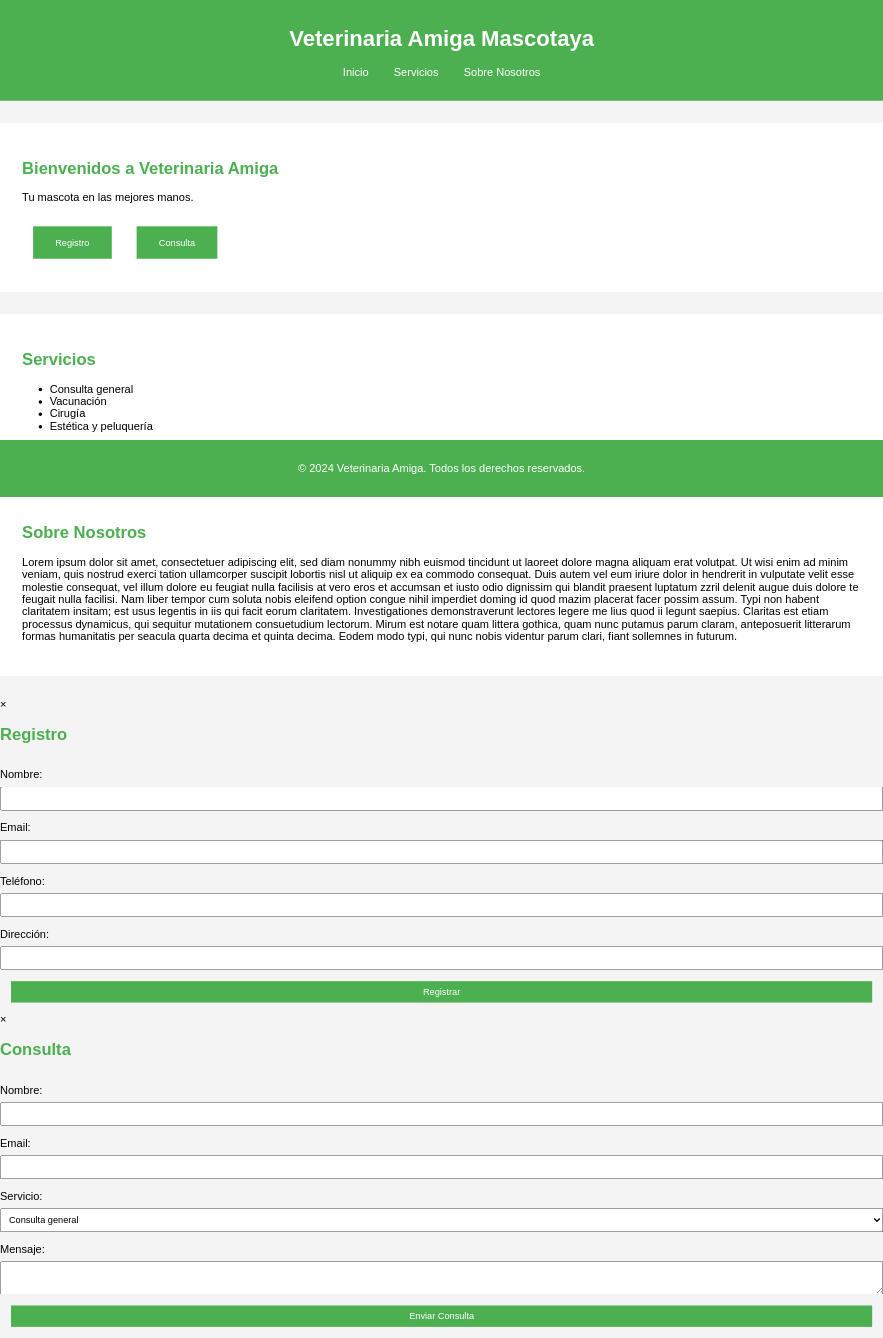
Repository: Lexhon/ProyectoFinal
Page: template/index.html
The author's editor kept a record of every edit. The page is drawn from the files as they stood at one moment, then again after the next edit.
The browser window is 1280 px wide. The pictures show the whole page, at 69% of full size.

Above is the page before.
Not found: static/js/appIndex.js

### template/index.html
<!DOCTYPE html>
<html lang="es">
<head>
    <meta charset="UTF-8">
    <meta name="viewport" content="width=device-width, initial-scale=1.0">
    <title>Veterinaria Amiga</title>
    <link rel="stylesheet" href="../static/css/styleIndex.css" type="text/css" media="all" />
    <script src="../static/js/appIndex.js" type="text/javascript" charset="utf-8"></script>
</head>
<body>
    <header>
        <h1>Veterinaria Amiga Mascotaya</h1>
        <nav>
            <ul>
                <li><a href="#inicio">Inicio</a></li>
                <li><a href="#servicios">Servicios</a></li>
                <li><a href="#sobre-nosotros">Sobre Nosotros</a></li>
            </ul>
        </nav>
    </header>

    <section id="inicio">
        <h2>Bienvenidos a Veterinaria Amiga</h2>
        <p>Tu mascota en las mejores manos.</p>
        <button onclick="document.getElementById('registro-modal').style.display='block'">Registro</button>
        <button onclick="document.getElementById('consulta-modal').style.display='block'">Consulta</button>
    </section>

    <section id="servicios">
        <h2>Servicios</h2>
        <ul>
            <li>Consulta general</li>
            <li>Vacunación</li>
            <li>Cirugía</li>
            <li>Estética y peluquería</li>
        </ul>
    </section>

    <section id="sobre-nosotros">
        <h2>Sobre Nosotros</h2>
        <p>Lorem ipsum dolor sit amet, consectetuer adipiscing elit,
        sed diam nonummy nibh euismod tincidunt ut laoreet dolore
        magna aliquam erat volutpat. Ut wisi enim ad minim veniam,
        quis nostrud exerci tation ullamcorper suscipit lobortis nisl
        ut aliquip ex ea commodo consequat. Duis autem vel eum iriure
        dolor in hendrerit in vulputate velit esse molestie consequat,
        vel illum dolore eu feugiat nulla facilisis at vero eros et
        accumsan et iusto odio dignissim qui blandit praesent luptatum
        zzril delenit augue duis dolore te feugait nulla facilisi.
        Nam liber tempor cum soluta nobis eleifend option congue
        nihil imperdiet doming id quod mazim placerat facer possim
        assum. Typi non habent claritatem insitam; est usus legentis
        in iis qui facit eorum claritatem. Investigationes
        demonstraverunt lectores legere me lius quod ii legunt saepius.
        Claritas est etiam processus dynamicus, qui sequitur mutationem
        consuetudium lectorum. Mirum est notare quam littera gothica,
        quam nunc putamus parum claram, anteposuerit litterarum formas
        humanitatis per seacula quarta decima et quinta decima. Eodem
        modo typi, qui nunc nobis videntur parum clari, fiant sollemnes
        in futurum.</p>
    </section>

    <footer>
        <p>&copy; 2024 Veterinaria Amiga. Todos los derechos reservados.</p>
    </footer>

    <!-- Modal de Registro -->
    <div id="registro-modal" class="modal">
        <div class="modal-content">
            <span class="close" onclick="document.getElementById('registro-modal').style.display='none'">&times;</span>
            <h2>Registro</h2>
            <form>
                <label for="reg-nombre">Nombre:</label>
                <input type="text" id="reg-nombre" name="nombre" required>

                <label for="reg-email">Email:</label>
                <input type="email" id="reg-email" name="email" required>

                <label for="reg-telefono">Teléfono:</label>
                <input type="tel" id="reg-telefono" name="telefono" required>

                <label for="reg-direccion">Dirección:</label>
                <input type="text" id="reg-direccion" name="direccion" required>

                <button type="submit">Registrar</button>
            </form>
        </div>
    </div>

    <!-- Modal de Consulta -->
    <div id="consulta-modal" class="modal">
        <div class="modal-content">
            <span class="close" onclick="document.getElementById('consulta-modal').style.display='none'">&times;</span>
            <h2>Consulta</h2>
            <form>
                <label for="con-nombre">Nombre:</label>
                <input type="text" id="con-nombre" name="nombre" required>

                <label for="con-email">Email:</label>
                <input type="email" id="con-email" name="email" required>

                <label for="con-servicio">Servicio:</label>
                <select id="con-servicio" name="servicio" required>
                    <option value="consulta-general">Consulta general</option>
                    <option value="vacunacion">Vacunación</option>
                    <option value="cirugia">Cirugía</option>
                    <option value="estetica">Estética y peluquería</option>
                </select>

                <label for="con-mensaje">Mensaje:</label>
                <textarea id="con-mensaje" name="mensaje" required></textarea>

                <button type="submit">Enviar Consulta</button>
            </form>
        </div>
    </div>
</body>
</html>

### static/css/styleIndex.css
/* styles.css */
body {
    font-family: Arial, sans-serif;
    margin: 0;
    padding: 0;
    background-color: #f4f4f4;
}

header {
    background-color: #4CAF50;
    color: white;
    padding: 1rem 0;
    text-align: center;
}

nav ul {
    list-style: none;
    padding: 0;
}

nav ul li {
    display: inline;
    margin: 0 1rem;
}

nav ul li a {
    color: white;
    text-decoration: none;
}

section {
    padding: 2rem;
    margin: 2rem 0;
    background-color: white;
}

h2 {
    color: #4CAF50;
}

form {
    display: flex;
    flex-direction: column;
}

form label {
    margin-top: 1rem;
}

form input, form textarea, form select {
    padding: 0.5rem;
    margin-top: 0.5rem;
}

form button {
    margin-top: 1rem;
    padding: 0.5rem;
    background-color: #4CAF50;
    color: white;
    border: none;
    cursor: pointer;
}

footer {
    background-color: #4CAF50;
    color: white;
    text-align: center;
    padding: 1rem 0;
    position: fixed;
    width: 100%;
    bottom: 0;
}

button {
    padding: 1rem 2rem;
    margin: 1rem;
    background-color: #4CAF50;
    color: white;
    border: none;
    cursor: pointer;
}

button:hover {
    background-color: #45a049;
}

### static/js/appGlobal.js
// scripts.js
document.querySelector('form').addEventListener('submit', function(event) {
    event.preventDefault();
    alert('Formulario enviado. ¡Gracias por registrarte o consultar con nosotros!');
});

After the next edit:
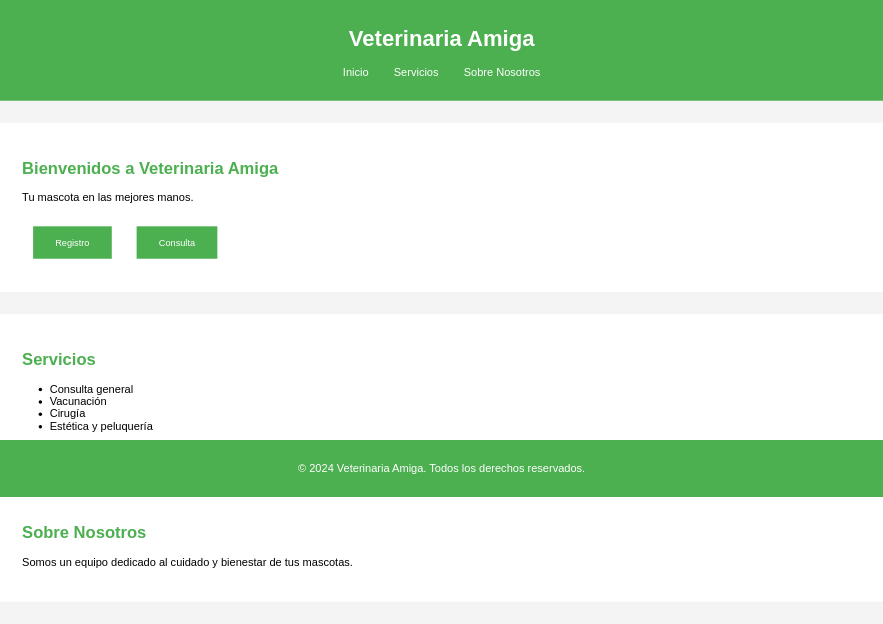
Console error: TypeError: Cannot read properties of null (reading 'addEventListener')
The edit:
--- a/template/index.html
+++ b/template/index.html
@@ -5,11 +5,11 @@
     <meta name="viewport" content="width=device-width, initial-scale=1.0">
     <title>Veterinaria Amiga</title>
     <link rel="stylesheet" href="../static/css/styleIndex.css" type="text/css" media="all" />
-    <script src="../static/js/appIndex.js" type="text/javascript" charset="utf-8"></script>
+    <script src="../static/js/appGlobal.js" type="text/javascript" charset="utf-8"></script>
 </head>
 <body>
     <header>
-        <h1>Veterinaria Amiga Mascotaya</h1>
+        <h1>Veterinaria Amiga</h1>
         <nav>
             <ul>
                 <li><a href="#inicio">Inicio</a></li>
@@ -22,8 +22,8 @@
     <section id="inicio">
         <h2>Bienvenidos a Veterinaria Amiga</h2>
         <p>Tu mascota en las mejores manos.</p>
-        <button onclick="document.getElementById('registro-modal').style.display='block'">Registro</button>
-        <button onclick="document.getElementById('consulta-modal').style.display='block'">Consulta</button>
+        <button onclick="location.href='registro.html'">Registro</button>
+        <button onclick="location.href='consulta.html'">Consulta</button>
     </section>
 
     <section id="servicios">
@@ -38,81 +38,11 @@
 
     <section id="sobre-nosotros">
         <h2>Sobre Nosotros</h2>
-        <p>Lorem ipsum dolor sit amet, consectetuer adipiscing elit,
-        sed diam nonummy nibh euismod tincidunt ut laoreet dolore
-        magna aliquam erat volutpat. Ut wisi enim ad minim veniam,
-        quis nostrud exerci tation ullamcorper suscipit lobortis nisl
-        ut aliquip ex ea commodo consequat. Duis autem vel eum iriure
-        dolor in hendrerit in vulputate velit esse molestie consequat,
-        vel illum dolore eu feugiat nulla facilisis at vero eros et
-        accumsan et iusto odio dignissim qui blandit praesent luptatum
-        zzril delenit augue duis dolore te feugait nulla facilisi.
-        Nam liber tempor cum soluta nobis eleifend option congue
-        nihil imperdiet doming id quod mazim placerat facer possim
-        assum. Typi non habent claritatem insitam; est usus legentis
-        in iis qui facit eorum claritatem. Investigationes
-        demonstraverunt lectores legere me lius quod ii legunt saepius.
-        Claritas est etiam processus dynamicus, qui sequitur mutationem
-        consuetudium lectorum. Mirum est notare quam littera gothica,
-        quam nunc putamus parum claram, anteposuerit litterarum formas
-        humanitatis per seacula quarta decima et quinta decima. Eodem
-        modo typi, qui nunc nobis videntur parum clari, fiant sollemnes
-        in futurum.</p>
+        <p>Somos un equipo dedicado al cuidado y bienestar de tus mascotas.</p>
     </section>
 
     <footer>
         <p>&copy; 2024 Veterinaria Amiga. Todos los derechos reservados.</p>
     </footer>
-
-    <!-- Modal de Registro -->
-    <div id="registro-modal" class="modal">
-        <div class="modal-content">
-            <span class="close" onclick="document.getElementById('registro-modal').style.display='none'">&times;</span>
-            <h2>Registro</h2>
-            <form>
-                <label for="reg-nombre">Nombre:</label>
-                <input type="text" id="reg-nombre" name="nombre" required>
-
-                <label for="reg-email">Email:</label>
-                <input type="email" id="reg-email" name="email" required>
-
-                <label for="reg-telefono">Teléfono:</label>
-                <input type="tel" id="reg-telefono" name="telefono" required>
-
-                <label for="reg-direccion">Dirección:</label>
-                <input type="text" id="reg-direccion" name="direccion" required>
-
-                <button type="submit">Registrar</button>
-            </form>
-        </div>
-    </div>
-
-    <!-- Modal de Consulta -->
-    <div id="consulta-modal" class="modal">
-        <div class="modal-content">
-            <span class="close" onclick="document.getElementById('consulta-modal').style.display='none'">&times;</span>
-            <h2>Consulta</h2>
-            <form>
-                <label for="con-nombre">Nombre:</label>
-                <input type="text" id="con-nombre" name="nombre" required>
-
-                <label for="con-email">Email:</label>
-                <input type="email" id="con-email" name="email" required>
-
-                <label for="con-servicio">Servicio:</label>
-                <select id="con-servicio" name="servicio" required>
-                    <option value="consulta-general">Consulta general</option>
-                    <option value="vacunacion">Vacunación</option>
-                    <option value="cirugia">Cirugía</option>
-                    <option value="estetica">Estética y peluquería</option>
-                </select>
-
-                <label for="con-mensaje">Mensaje:</label>
-                <textarea id="con-mensaje" name="mensaje" required></textarea>
-
-                <button type="submit">Enviar Consulta</button>
-            </form>
-        </div>
-    </div>
 </body>
 </html>
